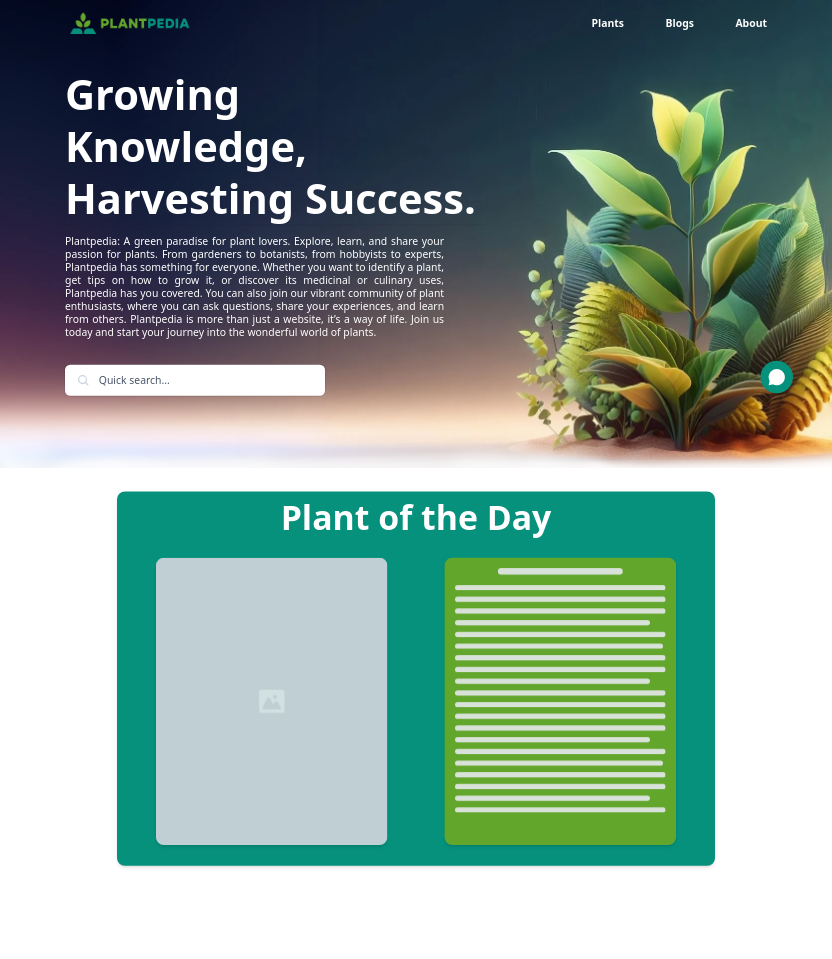
Repository: silham/PlantPedia
Page: /test/home
The author's editor kept a copy of each file at every save. The page is drawn from the files as they stood at one save, then again after the next save.
The browser window is 1280 px wide. The pictures show the whole page, at 65% of full size.
The page's requests for data from a server got no answer. The project was rebuilt for these pictures with package versions that can differ from the ones it lists, and the page was loaded fresh each time. The framework's server and built-in components were replaced by stand-ins that run in the browser. No one was signed in, and anything a server would have sent is missing. Also part of the build but not shown: next.config.js, app/components/SearchBox.css, app/test/Chat/style.css, app/utils/Formatter.ts.

Above is the page before, as saved 2023-10-16 07:06:56.

After the next save:
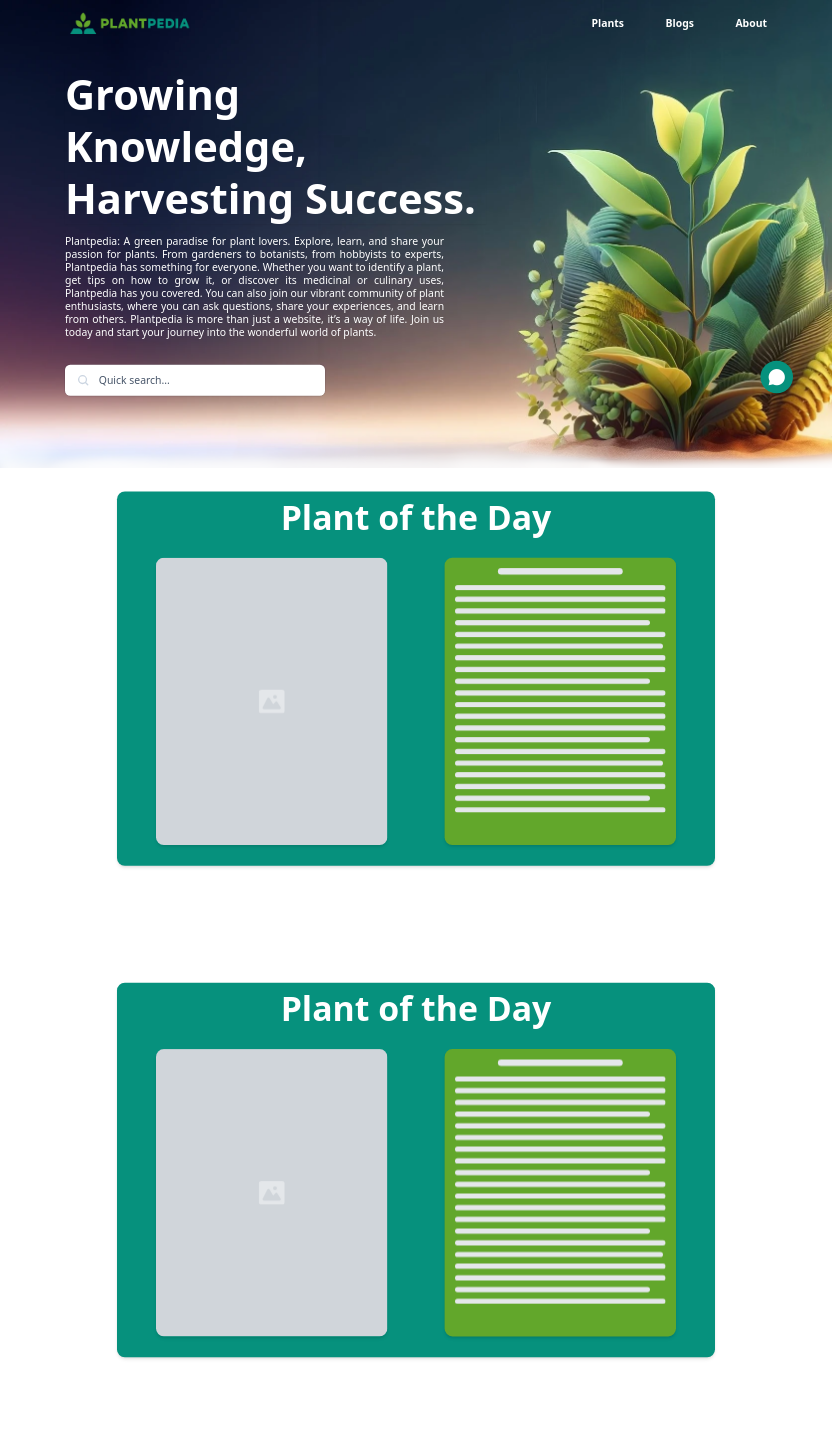
Saved 64 s later.
--- a/app/test/home/page.tsx
+++ b/app/test/home/page.tsx
@@ -42,12 +42,16 @@ const Home = () => {
           </div>
         </div>
       </section>
-      <SideSearchBtn />
-      <Chat />
 
       <section className="h-[100vh] w-[100vw] px-[180px]">
         <PlantOfDay />
       </section>
+
+      <section className="h-[100vh] w-[100vw] px-[180px]">
+        <PlantOfDay />
+      </section>
+      <SideSearchBtn />
+      <Chat />
     </>
   );
 };
